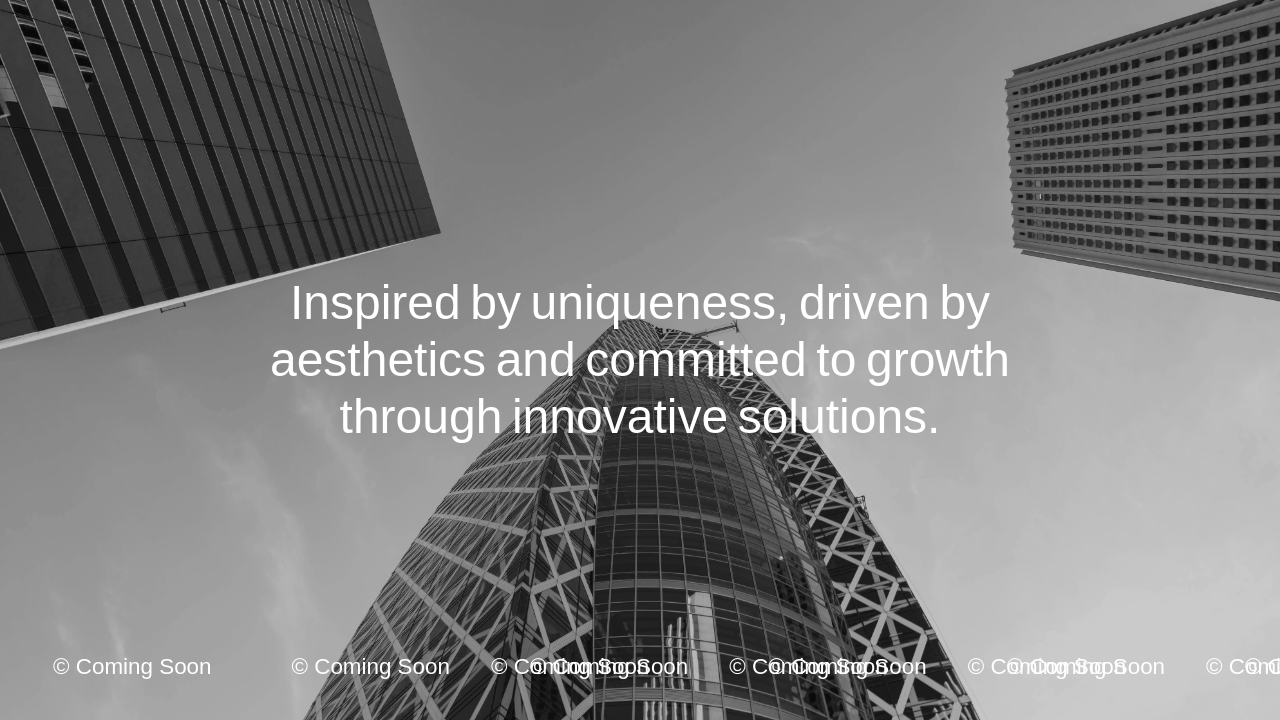
Repository: leswisss/comingsoon
Page: /
These files come from the project's save history. The page is drawn as it stood at one moment and after the next save; the edit follows.
The browser window is 1280 px wide. The pictures show the whole page.
Some web fonts or font styles are not loaded; a fallback is used. The project was rebuilt for these pictures with package versions that can differ from the ones it lists, and the page was loaded fresh each time. The framework's server and built-in components were replaced by stand-ins that run in the browser. Also part of the build but not shown: next.config.mjs.

Above is the page before, as saved 2024-06-16 15:58:36.

### app/layout.tsx
import type { Metadata } from "next";
import localFont from "next/font/local";
import "../styles/globals.scss";

const regular = localFont({
  src: "./SF-Pro-Display-Regular.ttf",
  display: "swap",
  variable: "--regular-font",
});

const medium = localFont({
  src: "./SF-Pro-Display-Medium.ttf",
  display: "swap",
  variable: "--medium-font",
});

const semibold = localFont({
  src: "./SF-Pro-Display-Semibold.ttf",
  display: "swap",
  variable: "--semibold-font",
});

const italic = localFont({
  src: "./BigCaslonFB-Italic.ttf",
  display: "swap",
  variable: "--italic-font",
});

export const metadata: Metadata = {
  title: "Better Marque - Branding Agency",
  description: "Generated by create next app",
};

export default function RootLayout({
  children,
}: Readonly<{
  children: React.ReactNode;
}>) {
  return (
    <html lang="en">
      <body
        className={`${italic.variable} ${regular.variable} ${medium.variable} ${semibold.variable}`}
      >
        {children}
      </body>
    </html>
  );
}

### app/page.tsx
import { HomePageWrapper } from "@/components";

export default function Home() {
  return (
    <main>
      <HomePageWrapper/>
    </main>
  );
}

### styles/globals.scss
/*=============== VARIABLES SCSS ===============*/
:root {
  --header-height: 6rem;
  --white: white;
  --black: black;
  --grey: #535353;


  /*========== Font and typography ==========*/
  /*.5rem = 8px | 1rem = 16px ...*/
  // --body-font: 'Montserrat', sans-serif;

  --h1-font-size: 3rem;
  --h2-font-size: 2rem;
  --normal-font-size: 1rem;
  --small-font-size: .94rem;
}

/* Responsive typography */
@media screen and (max-width: 1088px) {
  :root {
    --h1-font-size: 2.75rem;
    --h2-font-size: 1.8rem;
    --normal-font-size: 0.96rem;
    --small-font-size: .90rem;
  }
}

@media screen and (max-width: 628px) {
  :root {
    --h1-font-size: 2.5rem;
    --h2-font-size: 1.5rem;
    --normal-font-size: 0.92rem;
    --small-font-size: 0.85rem;
  }
}

/*=============== BASE ===============*/
* {
  box-sizing: border-box;
  padding: 0;
  margin: 0;
  scrollbar-width: none;

  &::-webkit-scrollbar{
    display: none;
  }

}

html {
  scroll-behavior: auto;
  height: auto;
}

body{
  font-family: var(--regular-font);
  font-size: var(--normal-font-size);
  background-color: black;
  color: var(--white);
}


ul {
  list-style: none;
}

a {
  text-decoration: none;
}

img {
  max-width: 100%;
  height: auto;
}


/*=============== REUSABLE CSS CLASSES ===============*/
.container {
  max-width: 1450px;
  margin: 0 auto;
}

.main {
  overflow: hidden;
}


@media screen and (max-width: 1450px) {
  .container {
    max-width: 100%;
    margin: 0 3rem;
  }
}


@media screen and (max-width: 1088px) {
  .container {
    max-width: 100%;
    margin: 0 2rem;
  }
}


@media screen and (max-width: 628px) {
  .container {
    max-width: 100%;
    margin: 0 1rem;
  }
}

### components/index.tsx
import HomePageWrapper from "./HomePageWrapper";
import HeroSection from "./HeroSection";

export {
  HomePageWrapper,
  HeroSection
}

### components/HomePageWrapper.tsx
import React from 'react'
import HeroSection from './HeroSection'

const HomePageWrapper = () => {
  return (
    <>
    <HeroSection />
    </>
  )
}

export default HomePageWrapper

### components/HeroSection.tsx
"use client";

import React, { useEffect, useRef } from "react";
import Marquee from "./Marquee";
import Image from "next/image";
import IMAGE from "../public/background.jpg";
import styles from "../styles/hero.module.scss";

const HeroSection = () => {
  const slogan =
    "Inspired by uniqueness, driven by aesthetics and committed to growth through innovative solutions.";
  const refs = useRef<HTMLSpanElement[]>([]);

  const splitwords = () => {
    let body: JSX.Element[] = [];
    slogan.split(" ").forEach((word, i) => {
      const cleanWord = word.replace(/[.,]/g, "");

      if (["uniqueness", "aesthetics", "growth"].includes(cleanWord)) {
        body.push(
          <p
            key={`word-${i}`}
            className={`${styles.word_wrapper} ${styles.italic}`}
          >
            <span
              className={styles.word}
              ref={(el) => {
                if (el) refs.current.push(el);
              }}
            >
              {word}
            </span>
          </p>
        );
      } else {
        body.push(
          <p key={`word-${i}`} className={styles.word_wrapper}>
            <span
              className={styles.word}
              ref={(el) => {
                if (el) refs.current.push(el);
              }}
            >
              {word}
            </span>
          </p>
        );
      }
    });

    return body;
  };


  return (
    <section className={styles.hero}>
      <div className={styles.hero_image}>
        <Image src={IMAGE} fill quality={100} alt="Better Marque" />
      </div>
      <div className={styles.text}>{splitwords()}</div>
      <div className={styles.marquee}>
        <Marquee />
      </div>
    </section>
  );
};

export default HeroSection;

### components/Marquee.tsx
"use client";

import React, {useRef} from 'react'
import gsap from 'gsap'
import { useGSAP } from '@gsap/react'
import styles from "../styles/marquee.module.scss"

const Marquee = () => {
  const firstRef = useRef(null);
  const secondRef = useRef(null);
  let xPercent = 0;
  let direction = -1

  useGSAP(() => {
    requestAnimationFrame(animation)
  })

  const animation = () => {
    gsap.set(firstRef.current, {xPercent: xPercent})
    gsap.set(secondRef.current, {xPercent: xPercent})
    xPercent += 0.1 * direction;
    requestAnimationFrame(animation)
  }

  return (
    <div className={styles.slider}>
      <div className={styles.coming__wrapper} ref ={firstRef}>
        <p className={styles.soon}>© Coming Soon</p>
        <p className={styles.soon}>© Coming Soon</p>
        <p className={styles.soon}>© Coming Soon</p>
        <p className={styles.soon}>© Coming Soon</p>
        <p className={styles.soon}>© Coming Soon</p>
        <p className={styles.soon}>© Coming Soon</p>
        <p className={styles.soon}>© Coming Soon</p>
        <p className={styles.soon}>© Coming Soon</p>
        <p className={styles.soon}>© Coming Soon</p>
        <p className={styles.soon}>© Coming Soon</p>
      </div>
      <div className={styles.coming__wrapper} ref ={secondRef}>
        <p className={styles.soon}>© Coming Soon</p>
        <p className={styles.soon}>© Coming Soon</p>
        <p className={styles.soon}>© Coming Soon</p>
        <p className={styles.soon}>© Coming Soon</p>
        <p className={styles.soon}>© Coming Soon</p>
        <p className={styles.soon}>© Coming Soon</p>
        <p className={styles.soon}>© Coming Soon</p>
        <p className={styles.soon}>© Coming Soon</p>
        <p className={styles.soon}>© Coming Soon</p>
        <p className={styles.soon}>© Coming Soon</p>
      </div>
    </div>
  )
}

export default Marquee

### styles/hero.module.scss
.hero{
  width: 100vw;
  height: 100vh;
  overflow: hidden;
  position: relative;
}

.hero_image{
  width: 100vw;
  height: 100vh;
  position: relative;

  img{
    object-fit: cover;
    filter: brightness(0.8);
  }
}

.text{
  position: absolute;
  color: white;
  z-index: 1;
  width: max-content;
  height: max-content;
  top: 50%;
  left: 50%;
  transform: translate(-50%, -50%);
  display: flex;
  flex-wrap: wrap;
  width: 55rem;
  text-align: center;
  justify-content: center;
  align-items: center;

  .word_wrapper{
    font-size: var(--h1-font-size);
    overflow: hidden;
    width: auto;
    height: 56.8px;
    padding: 0 0.3rem;

    &.italic{
      font-family: var(--italic-font);
    }

    .word{
      position: relative;
      top: 0%; // What i will be animating with gsap
    }
  }
}

.marquee{
  position: absolute;
  width: 100%;
  height: max-content;
  bottom: 2.5rem;
  left: 0;
  z-index: 1;
}

### styles/marquee.module.scss
.slider{
  position: relative;
}

.coming__wrapper{
  display: flex;
  white-space: nowrap;
  flex-wrap: nowrap;

  .soon{
    margin-right: 5rem;
    font-size: calc(var(--h2-font-size) - 0.6rem);
  }

  &:nth-of-type(2){
    position: absolute;
    left: 100%;
    top: 0%;
  }
}

After the next save:
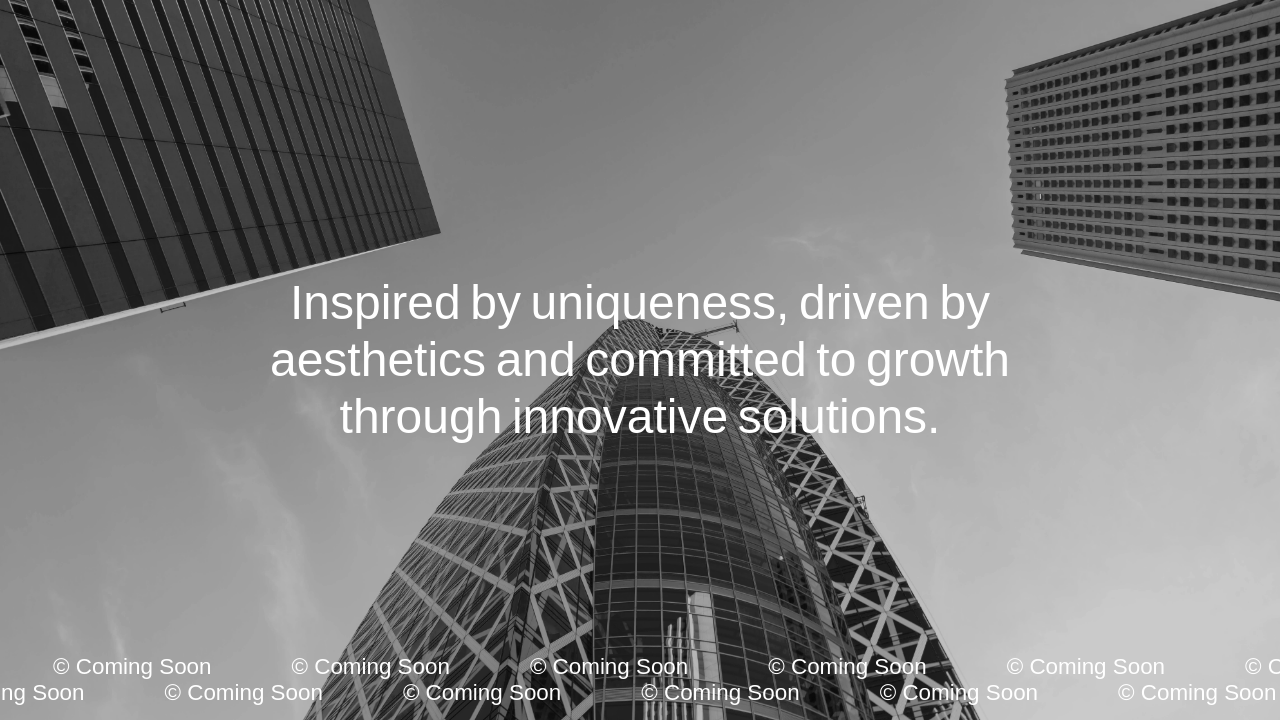
Saved 55 s later.
--- a/styles/marquee.module.scss
+++ b/styles/marquee.module.scss
@@ -14,7 +14,6 @@
 
   &:nth-of-type(2){
     position: absolute;
-    left: 100%;
-    top: 0%;
+
   }
 }
